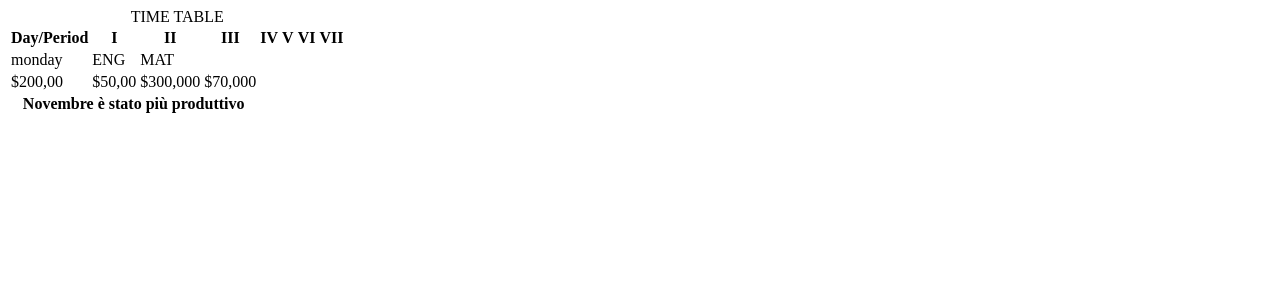
Repository: MicTomm/corso-frontend
Page: HTML/tabella/index.html
An editor plug-in stored every save of this project. The page is shown before and after the next save, followed by the edit.
The browser window is 1280 px wide. The pictures show the whole page.

Above is the page before, as saved 2023-11-07 16:16:36.

After the next save:
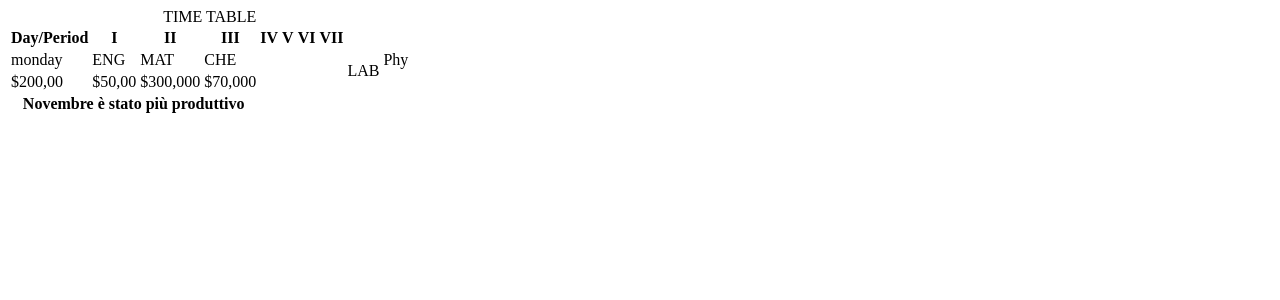
Saved 73 s later.
--- a/HTML/tabella/index.html
+++ b/HTML/tabella/index.html
@@ -26,10 +26,10 @@
         <td>monday</td>
         <td>ENG</td>
         <td>MAT</td>
-        <td></td>
-        <td></td>
-        <td></td>
-        <td></td>
+        <td>CHE</td>
+        <td colspan="6"></td>
+        <td rowspan="3">LAB</td>
+        <td>Phy</td>
       </tr>
       <tr>
         <td>$200,00</td>
